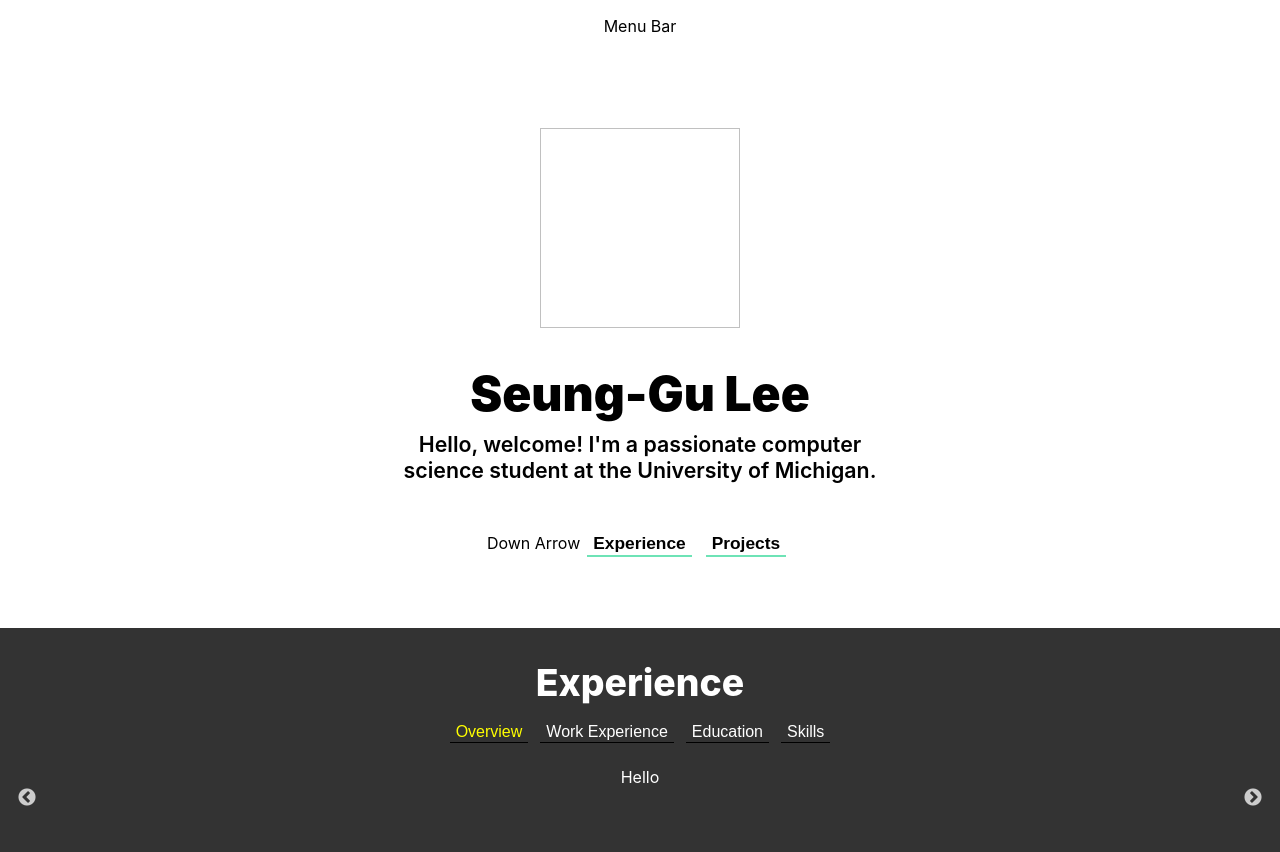
Repository: sgl33/sgl.dev-v2
Page: /
The author's editor kept a copy of each file at every save. The page is drawn from the files as they stood at one save, then again after the next save.
The browser window is 1280 px wide. The pictures show the whole page.
The project was rebuilt for these pictures with package versions that can differ from the ones it lists, and the page was loaded fresh each time. Also part of the build but not shown: src/css/experiencecarousel.css.

Above is the page before, as saved 2024-02-27 22:23:36.

After the next save:
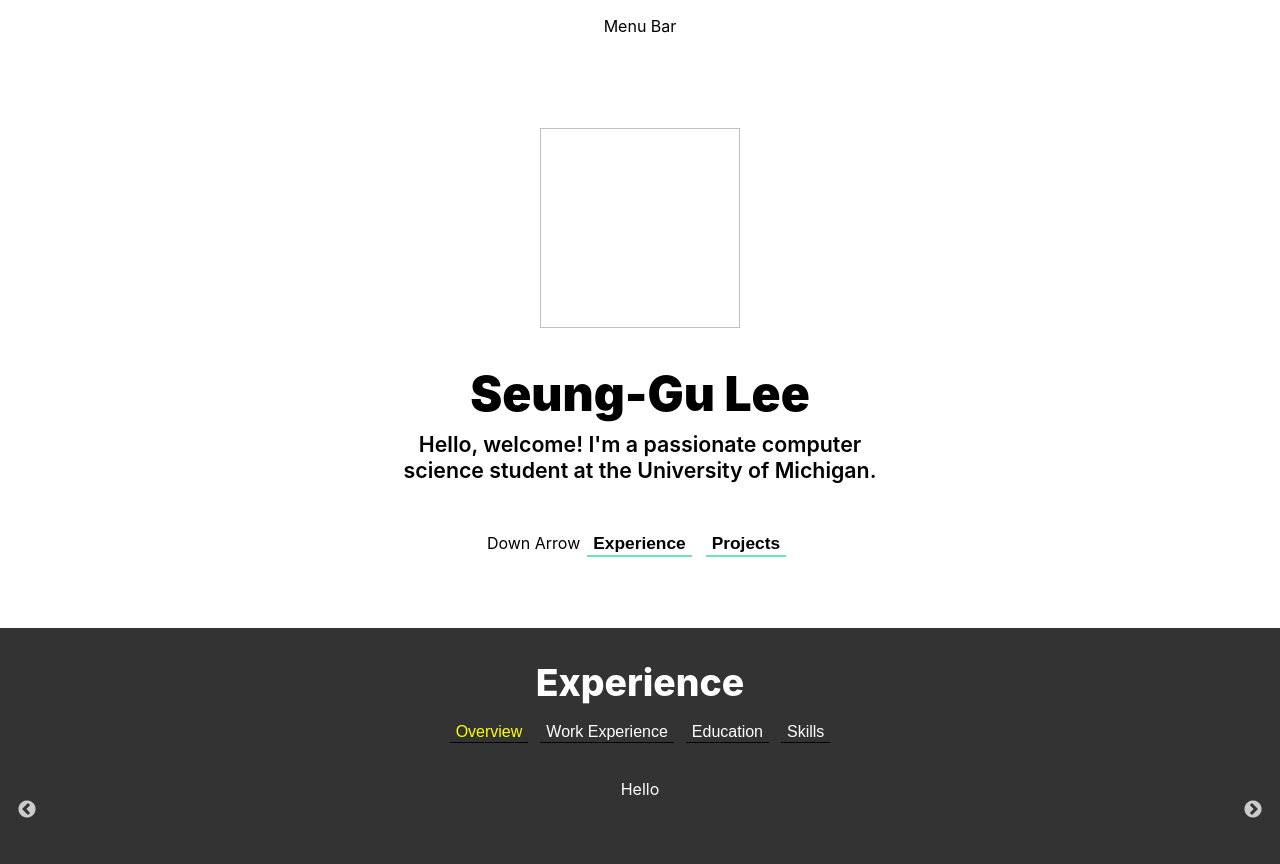
Saved 4 s later.
--- a/src/css/experience.css
+++ b/src/css/experience.css
@@ -33,5 +33,5 @@
 
 /* Carousel */
 #experience-carousel {
-    margin-top: 24px;
+    margin-top: 36px;
 }
